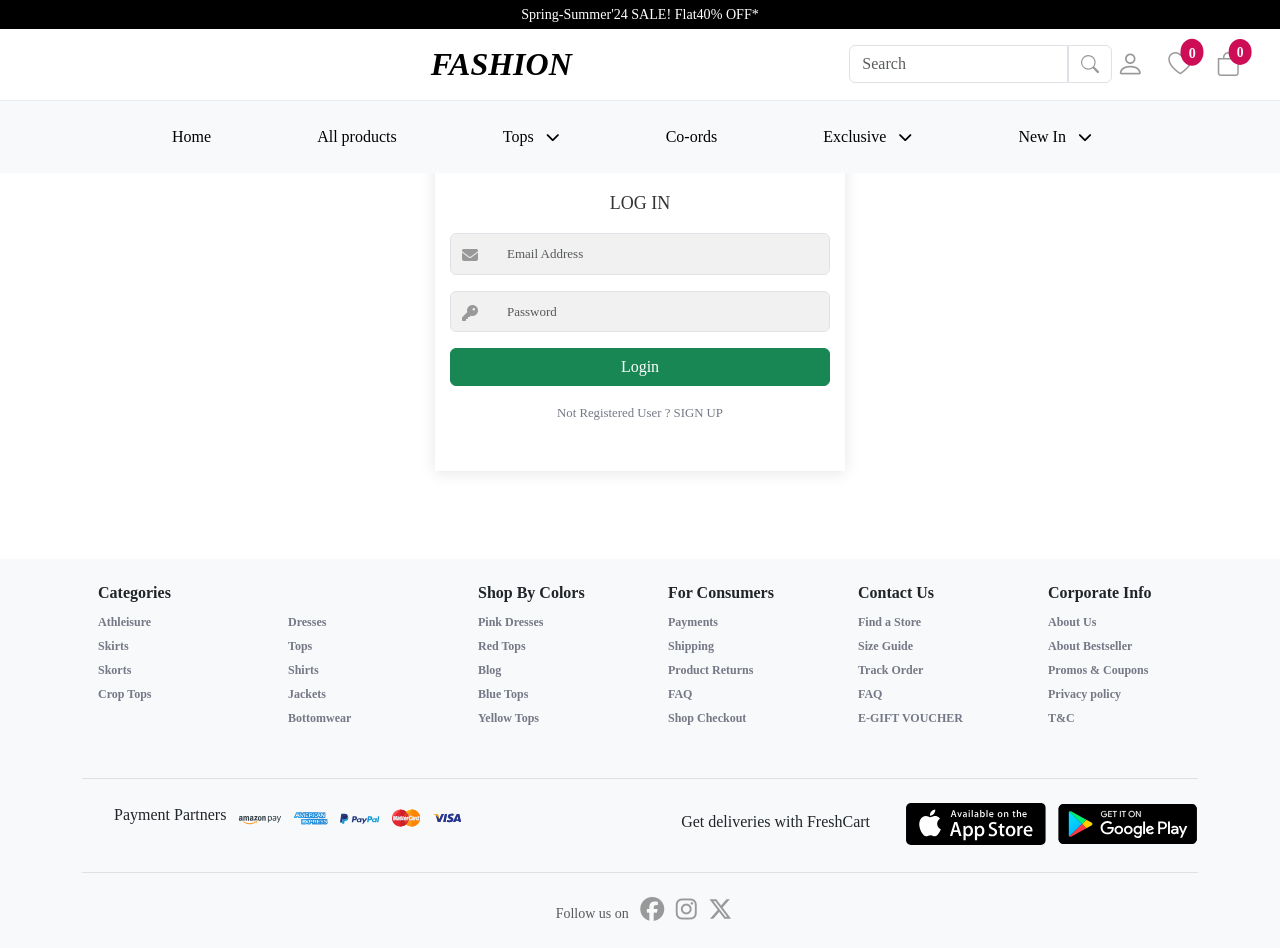
Repository: rutvija-mali/E-commerce
Page: http://localhost/my-fashion-app/login.jsp
The author's editor kept a copy of each file at every save. The page is drawn from the files as they stood at one save, then again after the next save.
The browser window is 1280 px wide. The pictures show the whole page.
Some web fonts or font styles are not loaded; a fallback is used. Some web libraries are served in a nearby version. The page is served by Tomcat 10.

Above is the page before, as saved 2024-07-09 04:02:22.

After the next save:
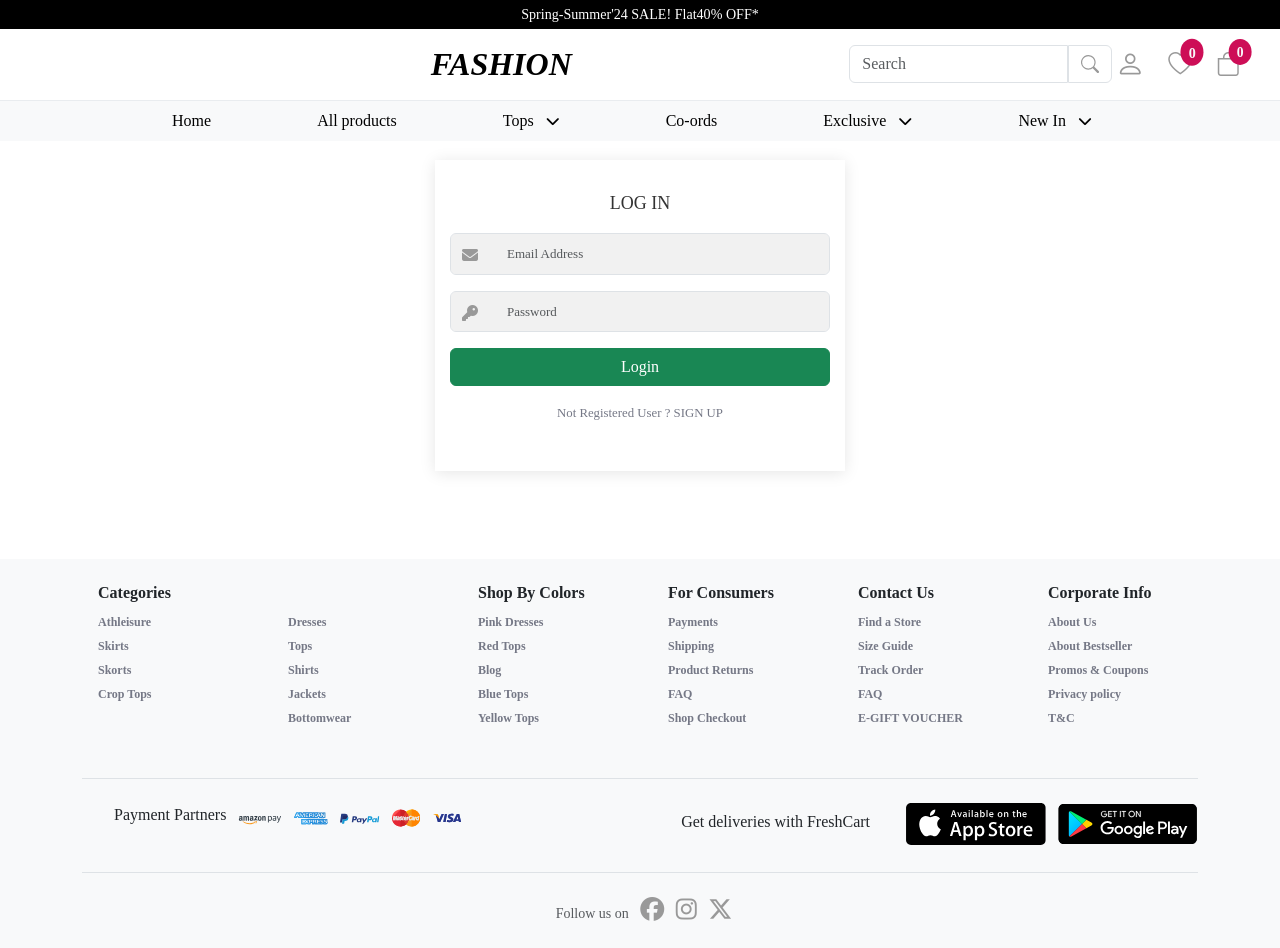
Saved 2 min 35 s later.
--- a/my-fashion-app/src/main/webapp/other/stylesheet.css
+++ b/my-fashion-app/src/main/webapp/other/stylesheet.css
@@ -294,3 +294,16 @@ h2{
    .product-card #price{
       color:var(--general);
    }
+
+ #third-navbar-container{
+      height: 40px;
+
+    }
+    .nav-item.dropdown:hover .dropdown-menu{
+      display: block;
+      margin-top: 0px;
+    }
+    .dropdown-menu{
+      transition: all 0.3s ease;
+
+    }
